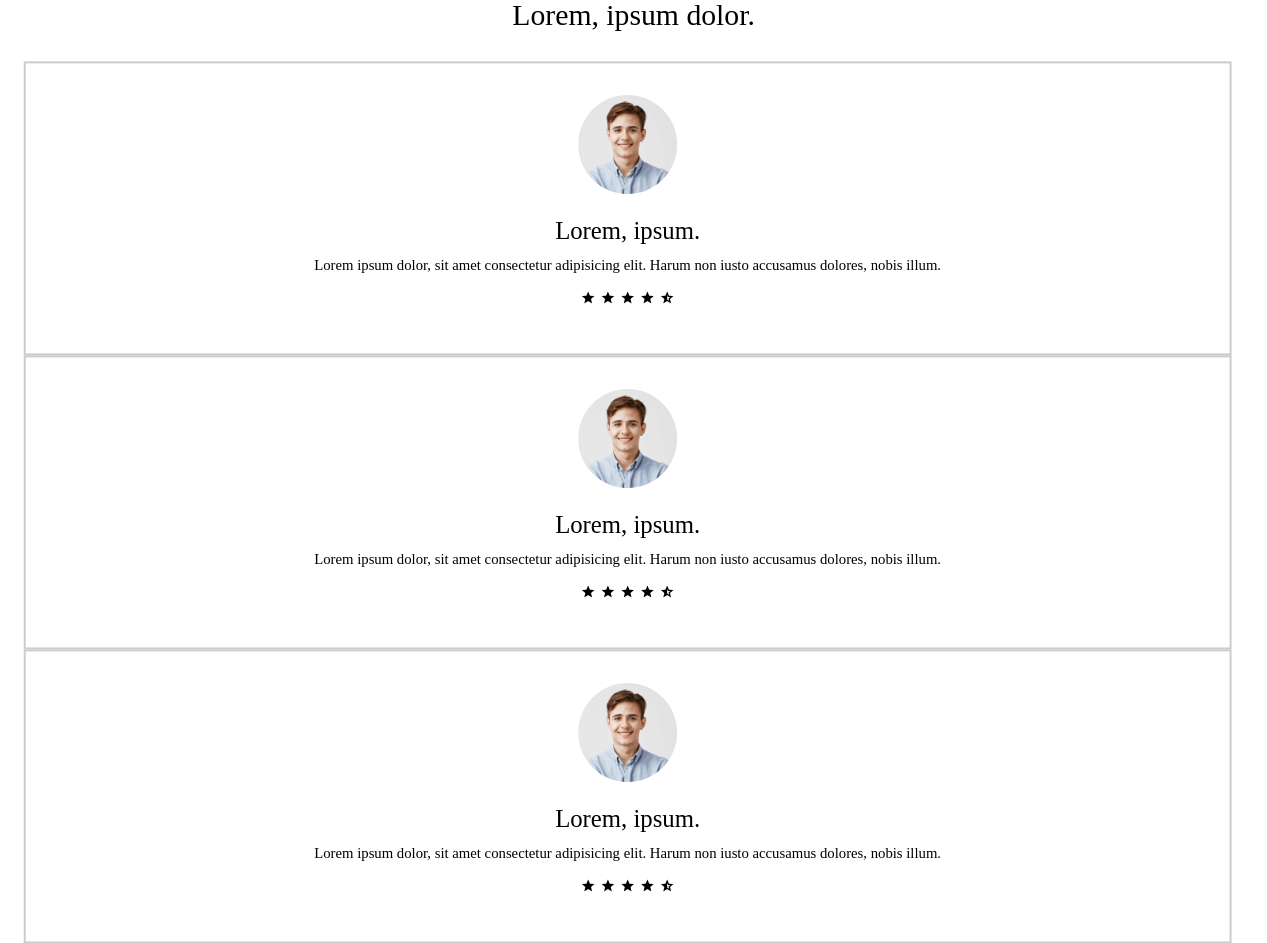
Repository: dinhhaidh/slider-3
Page: index.html
The author's editor kept a copy of each file at every save. The page is drawn from the files as they stood at one save, then again after the next save.
The browser window is 1280 px wide. The pictures show the whole page, at 99% of full size.

Above is the page before, as saved 2024-03-22 21:55:16.

### index.html
<!DOCTYPE html>
<html lang="en">
<head>
    <meta charset="UTF-8">
    <meta name="viewport" content="width=device-width, initial-scale=1.0">
    <title>Document</title>
    <link rel="stylesheet" href="https://cdnjs.cloudflare.com/ajax/libs/remixicon/4.2.0/remixicon.min.css">

    <link rel="stylesheet" href="./css/swiper-bundle.min.css">

    <link rel="stylesheet" href="./css/style.css">

</head>
<body>
    <div class="new">
        <h3 class="new__title">
            Lorem, ipsum dolor.
        </h3>

        <div class="new__container container">
            <div class="new__swiper">
                <div>
                    <article class="new__card new__article">
                        <img src="./img1.png" alt="" class="new__img">
                        <h3 class="new__subtitle">
                            Lorem, ipsum.
                        </h3>
                        <p class="new__description">
                            Lorem ipsum dolor, sit amet consectetur adipisicing elit. Harum non iusto accusamus dolores, nobis illum.
                        </p>
                        <div class="new__stars">
                            <i class="ri-star-s-fill"></i>
                            <i class="ri-star-s-fill"></i>
                            <i class="ri-star-s-fill"></i>
                            <i class="ri-star-s-fill"></i>
                            <i class="ri-star-half-s-line"></i>
                        </div>
                    </article>

                    <article class="new__card new__article">
                        <img src="./img1.png" alt="" class="new__img">
                        <h3 class="new__subtitle">
                            Lorem, ipsum.
                        </h3>
                        <p class="new__description">
                            Lorem ipsum dolor, sit amet consectetur adipisicing elit. Harum non iusto accusamus dolores, nobis illum.
                        </p>
                        <div class="new__stars">
                            <i class="ri-star-s-fill"></i>
                            <i class="ri-star-s-fill"></i>
                            <i class="ri-star-s-fill"></i>
                            <i class="ri-star-s-fill"></i>
                            <i class="ri-star-half-s-line"></i>
                        </div>
                    </article>

                    <article class="new__card new__article">
                        <img src="./img1.png" alt="" class="new__img">
                        <h3 class="new__subtitle">
                            Lorem, ipsum.
                        </h3>
                        <p class="new__description">
                            Lorem ipsum dolor, sit amet consectetur adipisicing elit. Harum non iusto accusamus dolores, nobis illum.
                        </p>
                        <div class="new__stars">
                            <i class="ri-star-s-fill"></i>
                            <i class="ri-star-s-fill"></i>
                            <i class="ri-star-s-fill"></i>
                            <i class="ri-star-s-fill"></i>
                            <i class="ri-star-half-s-line"></i>
                        </div>
                    </article>
                </div>
            </div>
        </div>
    </div>

    <script src="./js/swiper-bundle.min.js"></script>
    <script src="./js/app.js"></script>
</body>
</html>

### css/style.css
*,
*:before,
*:after {
  box-sizing: border-box;
}
* {
  margin: 0;
  padding: 0;
  font: inherit;
}
img,
picture,
svg,
video {
  display: block;
  max-width: 100%;
}
input,
select,
textarea {
  background-color: transparent;
  outline: none;
}
button {
  cursor: pointer;
  background-color: transparent;
  outline: none;
  border: 0;
}
body {
  min-height: 100vh;
  font-weight: 400;
  font-size: 16px;
  line-height: 1;
}

.container{
  max-width: 1220px;
  Margin-inline: 1.5rem;
}


.new__title{
  font-size: 30px;
  margin-bottom: 2rem;
  text-align: center;
}

.new__card{
  s
}
.new__article{
  padding: 2rem 2.5rem 3rem;
  text-align: center;
  border: 2px solid #ccc;
}
.new__img{
  width: 100px;
  border-radius: 50%;
  margin: 0 auto 1.5rem;
}
.new__subtitle{
  margin-bottom: 1rem;
  font-size: 25px;
}
.new__description{
  font-size: 0.93rem;
  margin-bottom: 1rem;
}
.new__stars{

}
.ri-star-s-fill{

}
.ri-star-half-s-line{

}

### js/app.js

let swiperCustomer = new Swiper('.customer__swiper', {
    loop: true,
    spaceBetween: 16,
    slidesPerView: 'auto',
    centeredSlides: true,


     // Navigation arrows
    navigation: {
        nextEl: '.swiper-button-next',
        prevEl: '.swiper-button-prev',
    },

    breakpoints: {
        1150: {
            slidesPerView: 3,
            centeredSlides: false,
        }
    }
});

Loaded but not shown: css/swiper-bundle.min.css (library); js/swiper-bundle.min.js (library)

After the next save:
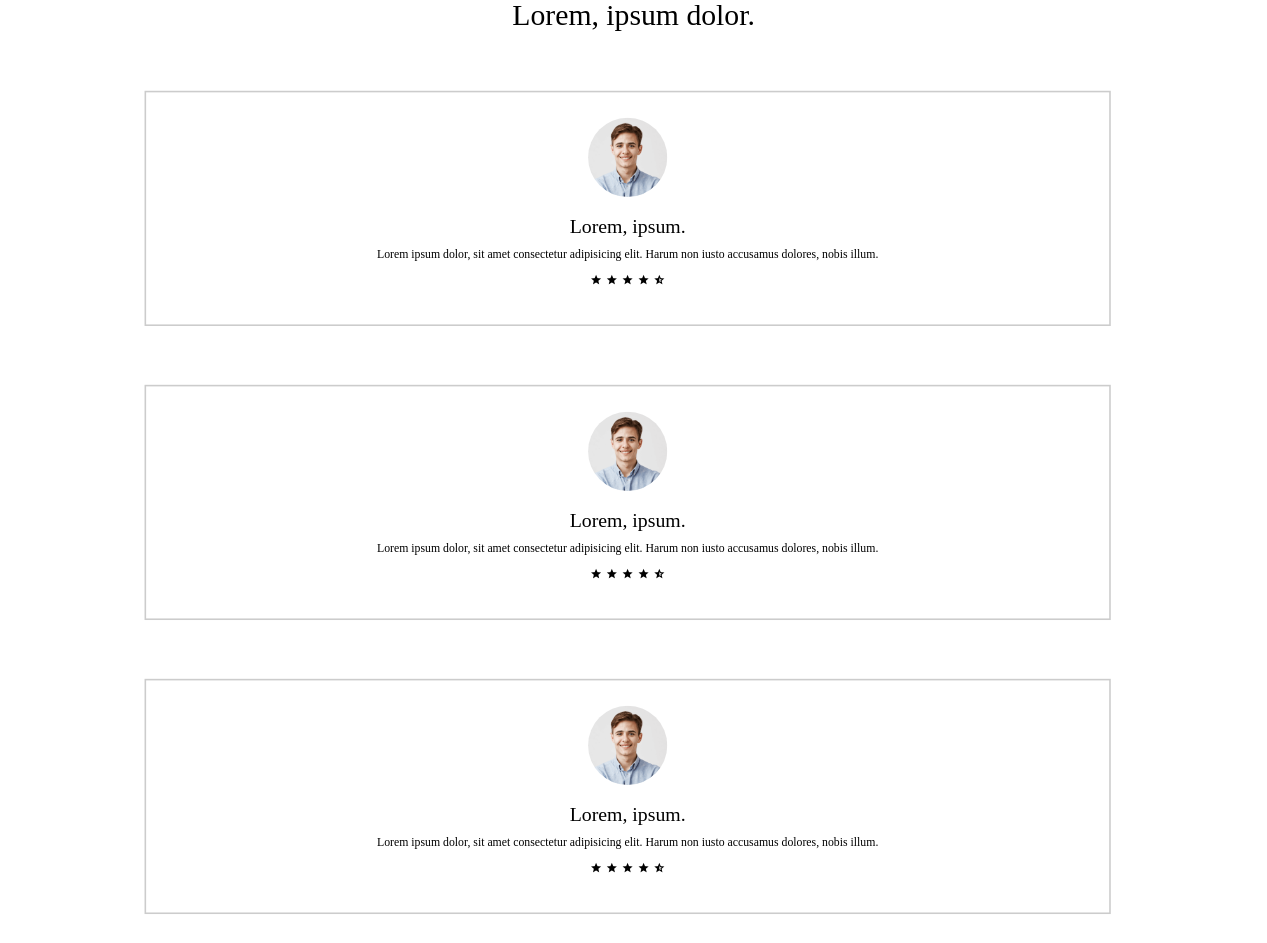
Saved 4 s later.
--- a/css/style.css
+++ b/css/style.css
@@ -47,7 +47,7 @@ body {
 }
 
 .new__card{
-  s
+  scale: .8;
 }
 .new__article{
   padding: 2rem 2.5rem 3rem;
